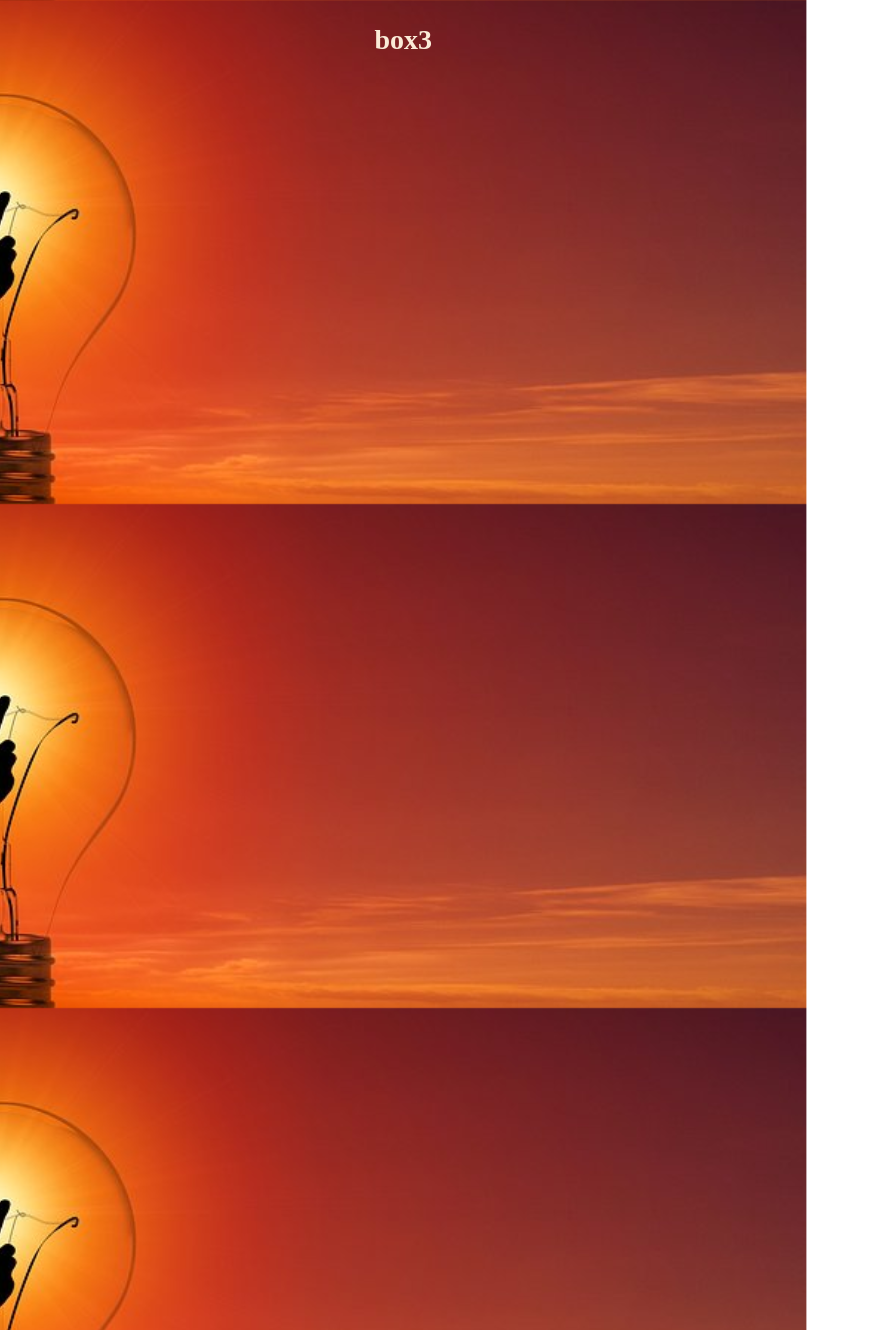
Repository: NavinDayanithi/static-web-design-competition
Page: index.html
The author's editor kept a copy of each file at every save. The page is drawn from the files as they stood at one save, then again after a run of saves.
The browser window is 1280 px wide. The pictures show the part of the page from y = 1520 to 3420 px (the page is 8000 px tall before and 2168 px after), at 70% of full size.
Backgrounds fixed to the window are drawn as part of the page.

Above is the page before, as saved 2023-04-28 20:17:03.

### index.html
<!DOCTYPE html>
<html lang="en">
<head>
  <title>POWERING CLIMATE </title>
  <link rel="stylesheet" href="styles.css">
</head>
<body>
    <h1 >POWERING A CLIMATE FOR SAFER FUTURE</h1>
    <div class="box1">
        <h2>Renewable energy sources</h2>
    </div>
    <div class="box2">
        <h2>box2</h2>
    </div>
    <div class="box3">
        <h2>box3</h2>
    </div>
</body>
</html>

### styles.css

h1
{
    text-align:center;
    color:rgb(19, 20, 20);
    background-color: rgb(181, 191, 195);

}
h2{
    text-align: center;
    color: antiquewhite;
    font-size:40px;
}

 body{
    margin: 0;
    padding: 0;
    /* background-color: blue; */
}
head{
    text-align: center;
}

.box1{
    height: 100vh;
    width:100%;
    background-image: url(img1.jpg);
    background-size: cover;
    background-position: center;
    display: table;
    background-attachment: fixed;
}

.box2{
    height: 100vh;
    width:100%;
    background-image: url(img2.png);
    background-size: cover;
    background-position: center;
    display: table;
    background-attachment: fixed;
}

.box3{
    height: 900vh;
    width:90%;
    background-image: url(img3.jpg);
    background-size: cover;
    background-position: center;
    display: table;
    background-attachment: fixed;
}

After the next 2 saves:
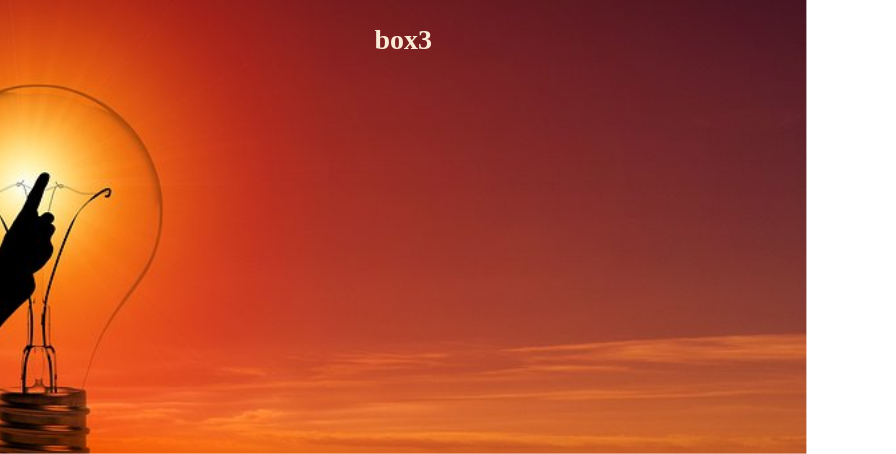
The 2 saves are shown as one change because they came seconds apart.
The last was saved 10 s later.
--- a/styles.css
+++ b/styles.css
@@ -42,7 +42,7 @@ head{
 }
 
 .box3{
-    height: 900vh;
+    height: 90vh;
     width:90%;
     background-image: url(img3.jpg);
     background-size: cover;
